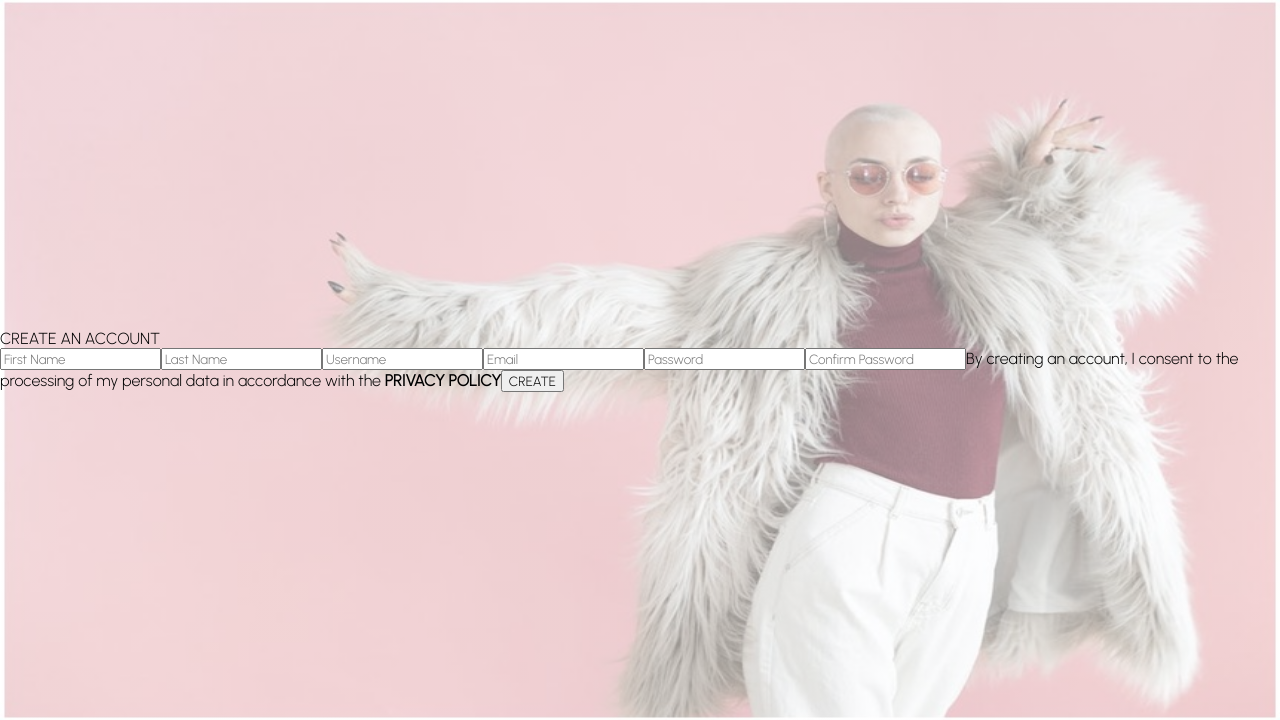
Repository: kmvaghela/ECOMMERCE
Page: /
These files come from the project's save history. The page is drawn as it stood at one moment and after the next save; the edit follows.
The browser window is 1280 px wide. The pictures show the whole page.
The project was rebuilt for these pictures with package versions that can differ from the ones it lists, and the page was loaded fresh each time. Also part of the build but not shown: src/components/Announcement.jsx, src/data.js, src/components/CategoryItem.jsx, src/components/Categories.jsx, src/components/Navbar.jsx, src/components/Product.jsx, src/components/Products.jsx, src/components/Slider.jsx and 5 more.

Above is the page before, as saved 2022-02-24 09:59:34.

After the next save:
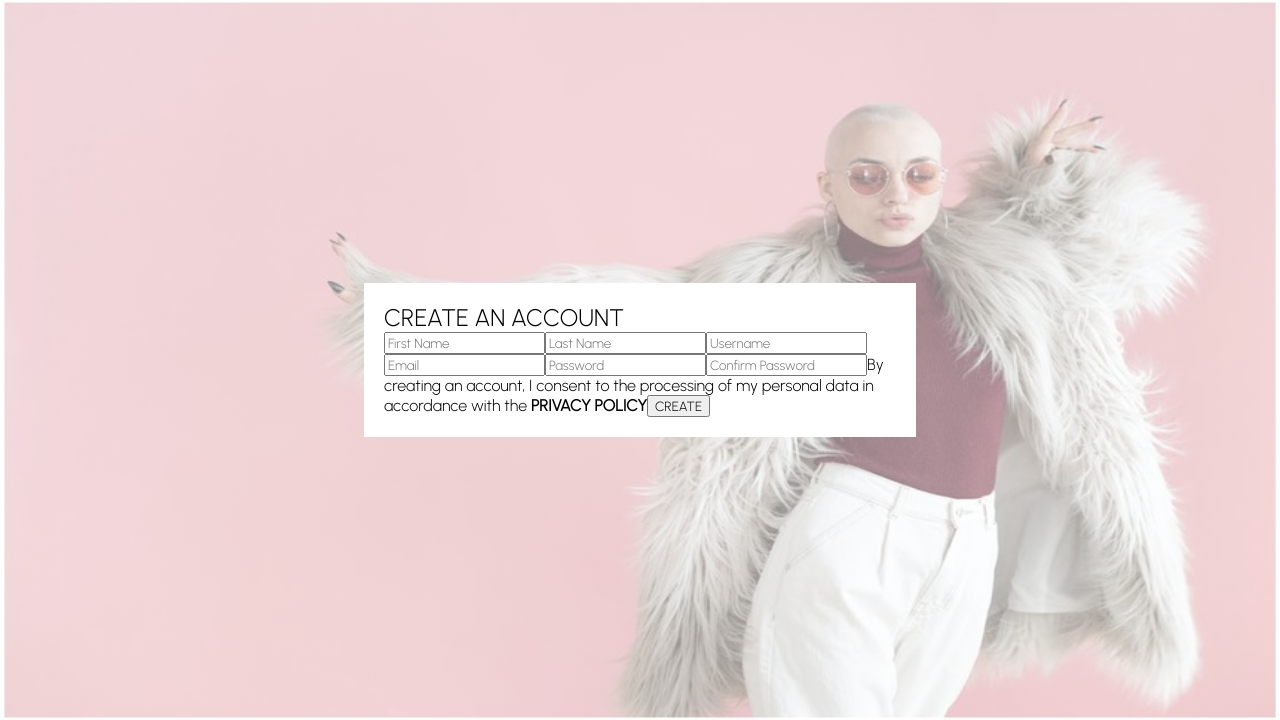
Saved 88 s later.
--- a/src/pages/Register.jsx
+++ b/src/pages/Register.jsx
@@ -17,9 +17,16 @@
   justify-content: center;
 `;
 
-const Wrapper = styled.div``;
+const Wrapper = styled.div`
+  width: 40%;
+  padding: 20px;
+  background-color: white;
+`;
 
-const Title = styled.div``;
+const Title = styled.div`
+  font-size: 24px;
+  font-weight: 300;
+`;
 
 const Form = styled.form``;
 
